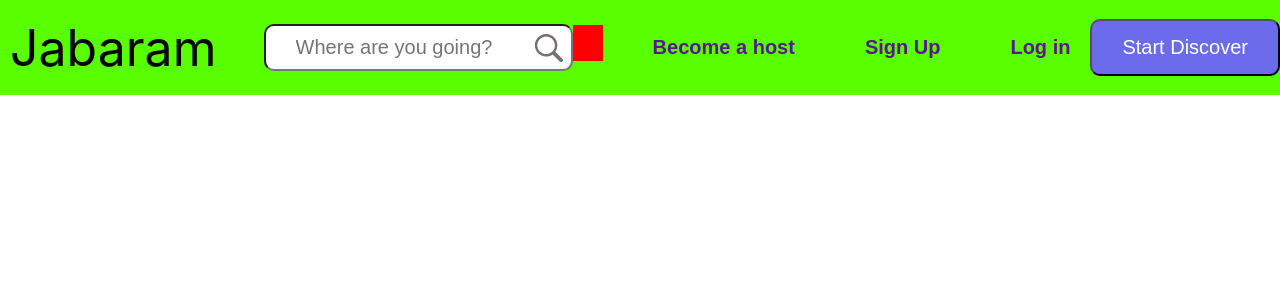
Repository: manahiang/Jabaram-web
Page: / (app in src/)
An editor plug-in stored every save of this project. The page is shown before and after a run of saves, followed by the edit.
The browser window is 1280 px wide. The pictures show the whole page.
The pointer rests on the first visible `.icon-search`.
The project was rebuilt for these pictures with package versions that can differ from the ones it lists, and the page was loaded fresh each time. Also part of the build but not shown: src/src/App.css.

Above is the page before, as saved 2022-11-30 09:50:52.

### src/src/index.css
body {
  margin: 0;
  padding: 0;
  font-family: -apple-system, BlinkMacSystemFont, 'Segoe UI', 'Roboto', 'Oxygen',
    'Ubuntu', 'Cantarell', 'Fira Sans', 'Droid Sans', 'Helvetica Neue',
    sans-serif;
  -webkit-font-smoothing: antialiased;
  -moz-osx-font-smoothing: grayscale;
}

code {
  font-family: source-code-pro, Menlo, Monaco, Consolas, 'Courier New',
    monospace;
}
.container{
  width: 100%;
  height: auto;
  background-color: rgb(227, 212, 194);
}
.header{
  max-width: 1780px;
  height: auto;
  background-color: rgb(89, 255, 0);
  margin: auto;
  display: flex;
  align-items: center;
  justify-content:space-between
}
.header ul li{
  display: inline-block;
  padding: 20px;
  margin-left: 20px;
  transition: all 0.5s;
}
.header ul li a{
  text-decoration: none;
  font-size: 20px;
  font-family:Arial, Helvetica, sans-serif;
  font-weight: 800;
 transition: all 0.5s;
 margin-left: 10px;
}
.header ul li:hover {
  color: rgb(41, 34, 34);
  background-color: rgb(195, 173, 173);
  border-radius: 10px;
}
.menu input{
  padding: 10px;
  outline: none;
  border-radius: 10px;
  padding-left: 30px;
  font-size: 20px;
}
.menu ul   button{
  font-size: 20px;
  background-color: rgb(107, 107, 235);
  color: white;
  padding: 15px;
  padding-left: 30px;
  padding-right: 30px;
  border-radius: 10px;
  outline: none;
  cursor: pointer;
}
.icon-search{
  font-size: 30px;
  color: rgb(117, 111, 111);
}
.icon-search-Go{
  transform: translate(-40px,10px);
}
.icon-search:hover{
  background-color: red;
}
/* Logo */

.logo{
  margin-left: 10px;
  font-size: 50px;
  cursor: pointer;
}

### src/src/App.js

import './App.css';
import'./index.css';
import Header from './header';

function App() {
  return (
    <>
    <Header/>
    </>
  );
}

export default App;

### src/src/header.js
import React from 'react'
import { GoSearch } from "react-icons/go";

function Header() {
    return (
        <div className='container'>
            <div className='header'>
                <div className='logo'>Jabaram</div>
                <div className='menu'>
                    <ul>
                        <input placeholder='Where are you going?' />
                        <span className='icon-search'><GoSearch className='icon-search-Go'/></span>
                        <li><a href=''>Become a host</a></li>
                        <li><a href=''>Sign Up</a></li>
                        <li><a href=''>Log in</a></li>
                        <button>Start Discover</button>
                    </ul>
                </div>
            </div>
        </div>
    )
}

export default Header

Loaded but not shown: src/public/index.html (common file); src/src/index.js (common file); src/src/reportWebVitals.js (common file); src/public/manifest.json (common file)

After the next 2 saves:
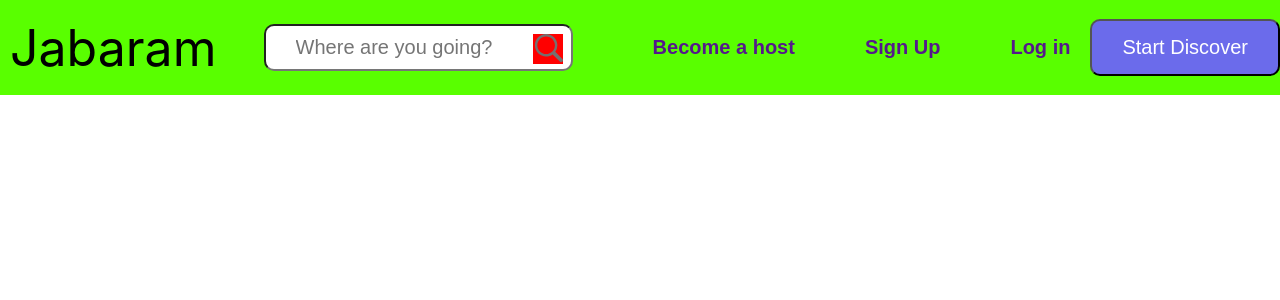
The 2 saves are shown as one change because they came seconds apart.
The last was saved 12 s later.
--- a/src/src/index.css
+++ b/src/src/index.css
@@ -70,7 +70,7 @@ code {
 .icon-search-Go{
   transform: translate(-40px,10px);
 }
-.icon-search:hover{
+.icon-search:hover .icon-search-Go{
   background-color: red;
 }
 /* Logo */
